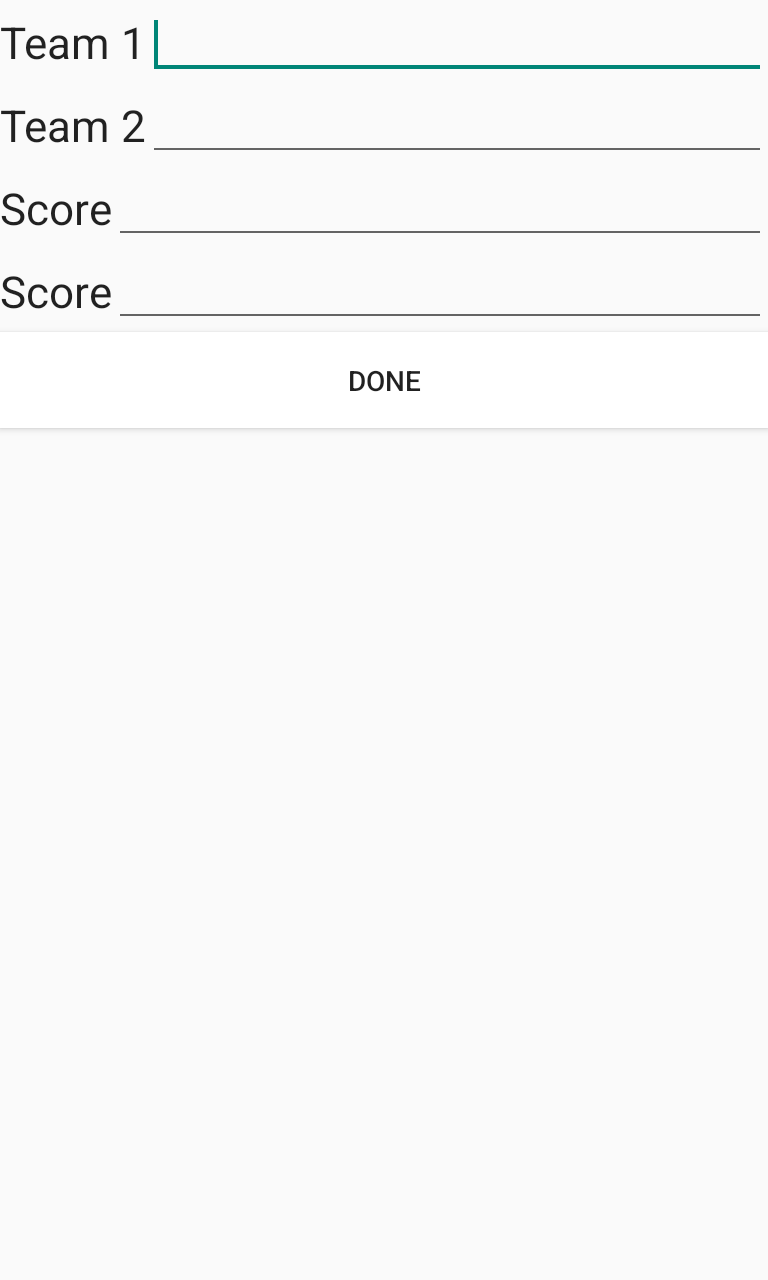
Repository: charlesweng/school
Layout: simpleandroidapps/GettingToKnowUIActivities/charleswengScoringProject/charleswengScoring/res/layout/fragment_teamdialog.xml
These files come from the project's save history. The layout is drawn as it stood at one moment and after the next save; the edit follows.
It is drawn on a 768 x 1280 px phone screen (xhdpi) without system bars, with theme AppTheme; the app's code is not run.

Above is the layout before, as saved 2014-04-26 08:45:44.

### simpleandroidapps/GettingToKnowUIActivities/charleswengScoringProject/charleswengScoring/res/layout/fragment_teamdialog.xml
<?xml version="1.0" encoding="utf-8"?>
<RelativeLayout xmlns:android="http://schemas.android.com/apk/res/android"
    android:layout_width="match_parent"
    android:layout_height="match_parent"
    android:orientation="vertical" >

    <TextView
        android:id="@+id/team1name"
        android:layout_width="wrap_content"
        android:layout_height="wrap_content"
        android:layout_alignParentTop="true"
        android:layout_alignParentLeft="true"
        android:layout_alignBaseline="@+id/editTeam1"
        android:text="@string/team_1"
        android:textAppearance="?android:attr/textAppearanceLarge" />

    <TextView
        android:id="@+id/team2name"
        android:layout_width="wrap_content"
        android:layout_height="wrap_content"
        android:layout_below="@+id/team1name"
        android:layout_alignBaseline="@+id/editTeam2"
        android:layout_alignParentLeft="true"
        android:text="@string/team_2"
        android:textAppearance="?android:attr/textAppearanceLarge" />

    <TextView
        android:id="@+id/team1score"
        android:layout_width="wrap_content"
        android:layout_height="wrap_content"
        android:layout_below="@+id/team2name"
        android:layout_alignBaseline="@+id/editScore1"
        android:layout_alignParentLeft="true"
        android:text="@string/score"
        android:textAppearance="?android:attr/textAppearanceLarge" />

    <TextView
        android:id="@+id/team2score"
        android:layout_width="wrap_content"
        android:layout_height="wrap_content"
        android:layout_below="@+id/team1score"
        android:layout_alignBaseline="@+id/editScore2"
        android:layout_alignParentLeft="true"
        android:text="@string/score"
        android:textAppearance="?android:attr/textAppearanceLarge" />

    <EditText
        android:id="@+id/editTeam1"
        android:layout_width="fill_parent"
        android:layout_height="wrap_content"
        android:layout_alignParentRight="true"
        android:layout_alignParentTop="true"
        android:layout_toRightOf="@+id/team1name"
        android:inputType="text"
        android:ems="10" >
        <requestFocus />
    </EditText>

    <EditText
        android:id="@+id/editTeam2"
        android:layout_width="fill_parent"
        android:layout_height="wrap_content"
        android:layout_alignParentRight="true"
        android:layout_below="@+id/editTeam1"
        android:layout_toRightOf="@+id/team2name"
        android:inputType="text"
        android:ems="10" >
    </EditText>

    <EditText
        android:id="@+id/editScore1"
        android:layout_width="fill_parent"
        android:layout_height="wrap_content"
        android:layout_alignParentRight="true"
        android:layout_below="@+id/editTeam2"
        android:layout_toRightOf="@+id/team1score"
        android:inputType="number"
        android:ems="10" >
    </EditText>

    <EditText
        android:id="@+id/editScore2"
        android:layout_width="fill_parent"
        android:layout_height="wrap_content"
        android:layout_alignParentRight="true"
        android:layout_below="@+id/editScore1"
        android:layout_toRightOf="@+id/team2score"
        android:inputType="number"
        android:ems="10" >
    </EditText>

    <Button
        android:id="@+id/button1"
        android:layout_width="fill_parent"
        android:layout_height="wrap_content"
        android:layout_below="@+id/editScore2"
        android:layout_centerHorizontal="true"
        android:text="@string/done"
        android:background="#FFF"/>

</RelativeLayout>

### simpleandroidapps/GettingToKnowUIActivities/charleswengScoringProject/charleswengScoring/res/values/strings.xml
<?xml version="1.0" encoding="utf-8"?>
<resources>

    <string name="app_name">charleswengScoring</string>
    <string name="hello_world">Hello world!</string>
    <string name="action_settings">Settings</string>
    <string name="enter_date">Enter Date</string>
    <string name="date">Date</string>
    <string name="enter_game">Enter Game</string>
    <string name="team_1">Team 1</string>
    <string name="team_2">Team 2</string>
    <string name="zero">0</string>
    <string name="next_game">Next Game</string>
    <string name="title_activity_date_picker">DatePicker</string>
	<string name="done">Done</string>
	<string name="score">Score</string>
</resources>

Loaded but not shown: simpleandroidapps/GettingToKnowUIActivities/charleswengScoringProject/charleswengScoring/res/values/styles.xml (common file); simpleandroidapps/GettingToKnowUIActivities/charleswengScoringProject/charleswengScoring/res/values-v11/styles.xml (common file); simpleandroidapps/GettingToKnowUIActivities/charleswengScoringProject/charleswengScoring/res/values-v14/styles.xml (common file)

After the next save:
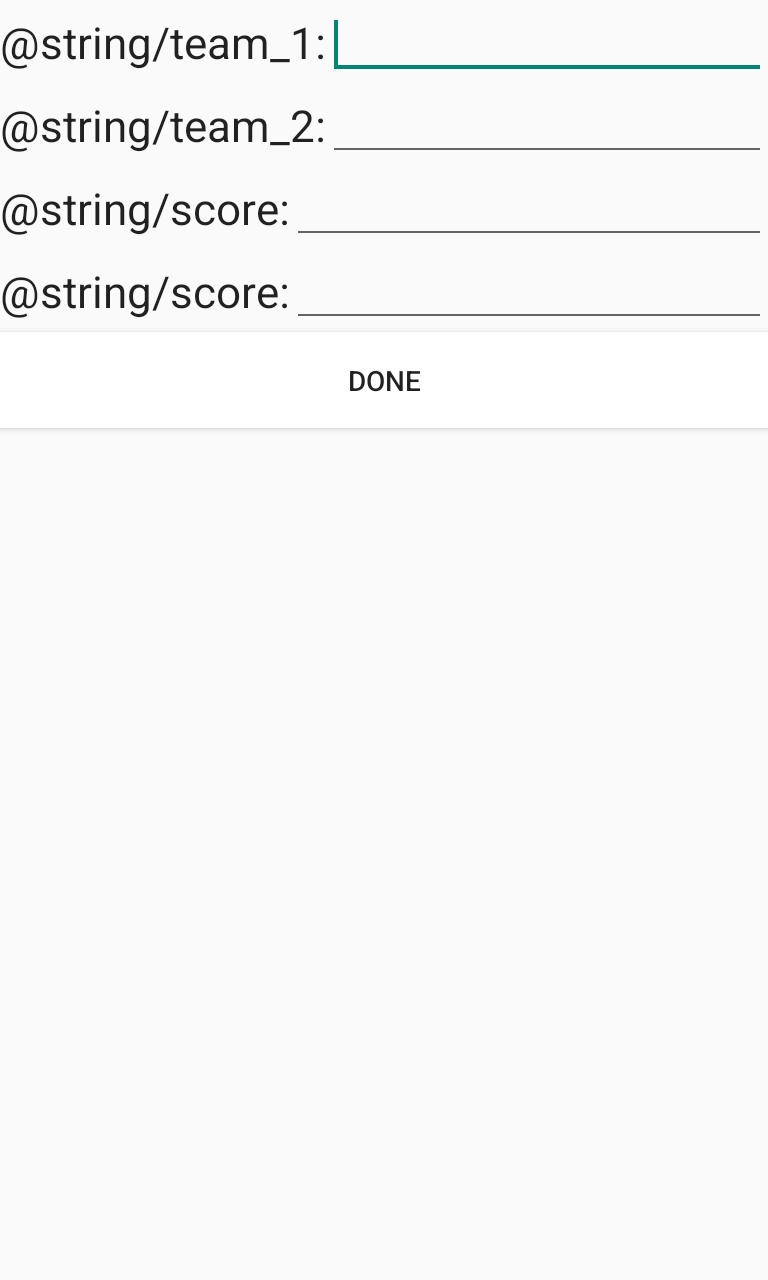
Saved 16 s later.
--- a/simpleandroidapps/GettingToKnowUIActivities/charleswengScoringProject/charleswengScoring/res/layout/fragment_teamdialog.xml
+++ b/simpleandroidapps/GettingToKnowUIActivities/charleswengScoringProject/charleswengScoring/res/layout/fragment_teamdialog.xml
@@ -11,7 +11,7 @@
         android:layout_alignParentTop="true"
         android:layout_alignParentLeft="true"
         android:layout_alignBaseline="@+id/editTeam1"
-        android:text="@string/team_1"
+        android:text="@string/team_1:"
         android:textAppearance="?android:attr/textAppearanceLarge" />
 
     <TextView
@@ -21,7 +21,7 @@
         android:layout_below="@+id/team1name"
         android:layout_alignBaseline="@+id/editTeam2"
         android:layout_alignParentLeft="true"
-        android:text="@string/team_2"
+        android:text="@string/team_2:"
         android:textAppearance="?android:attr/textAppearanceLarge" />
 
     <TextView
@@ -31,7 +31,7 @@
         android:layout_below="@+id/team2name"
         android:layout_alignBaseline="@+id/editScore1"
         android:layout_alignParentLeft="true"
-        android:text="@string/score"
+        android:text="@string/score:"
         android:textAppearance="?android:attr/textAppearanceLarge" />
 
     <TextView
@@ -41,7 +41,7 @@
         android:layout_below="@+id/team1score"
         android:layout_alignBaseline="@+id/editScore2"
         android:layout_alignParentLeft="true"
-        android:text="@string/score"
+        android:text="@string/score:"
         android:textAppearance="?android:attr/textAppearanceLarge" />
 
     <EditText
